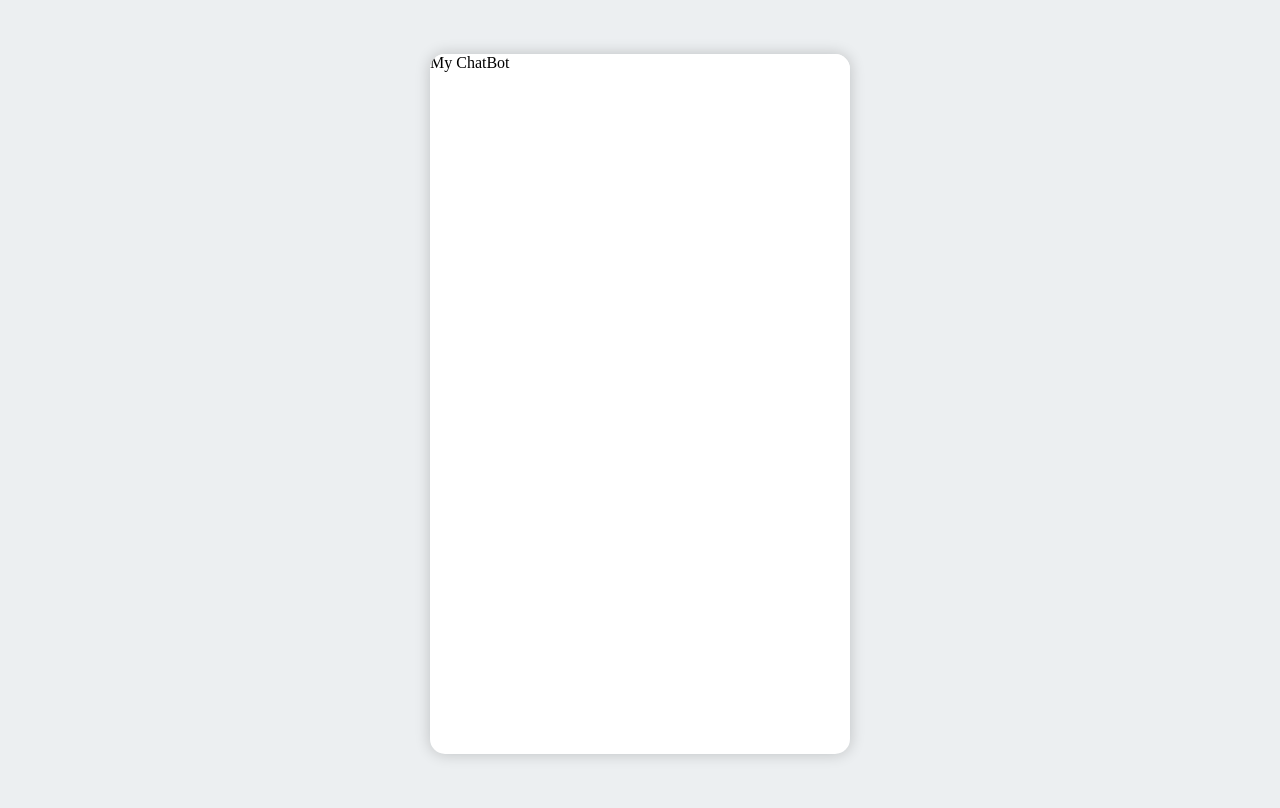
Repository: nt269782-web/Offline-ChatBot
Page: front.html
These files come from the project's save history. The page is drawn as it stood at one moment and after the next save; the edit follows.
The browser window is 1280 px wide. The pictures show the whole page.

Above is the page before, as saved 2026-07-07 15:09:29.

After the next save:
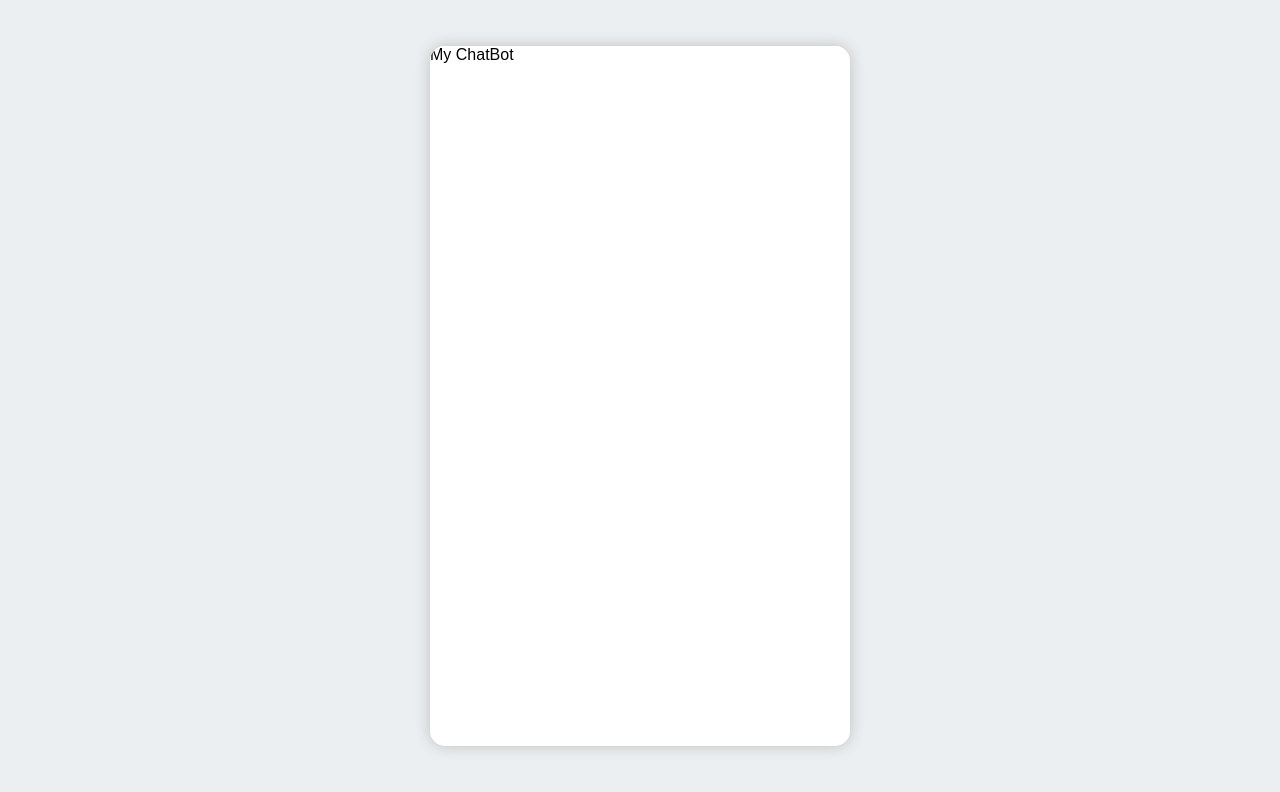
Saved 25 s later.
--- a/front.html
+++ b/front.html
@@ -5,6 +5,13 @@
     <meta name="viewport" content="width=device-width, initial-scale=1.0">
     <title>Document</title>
     <style>
+        *{
+    margin:0;
+    padding:0;
+    box-sizing:border-box;
+    font-family:Arial,sans-serif;
+}
+
         body{
             background: #eceff1;
             display: flex;
